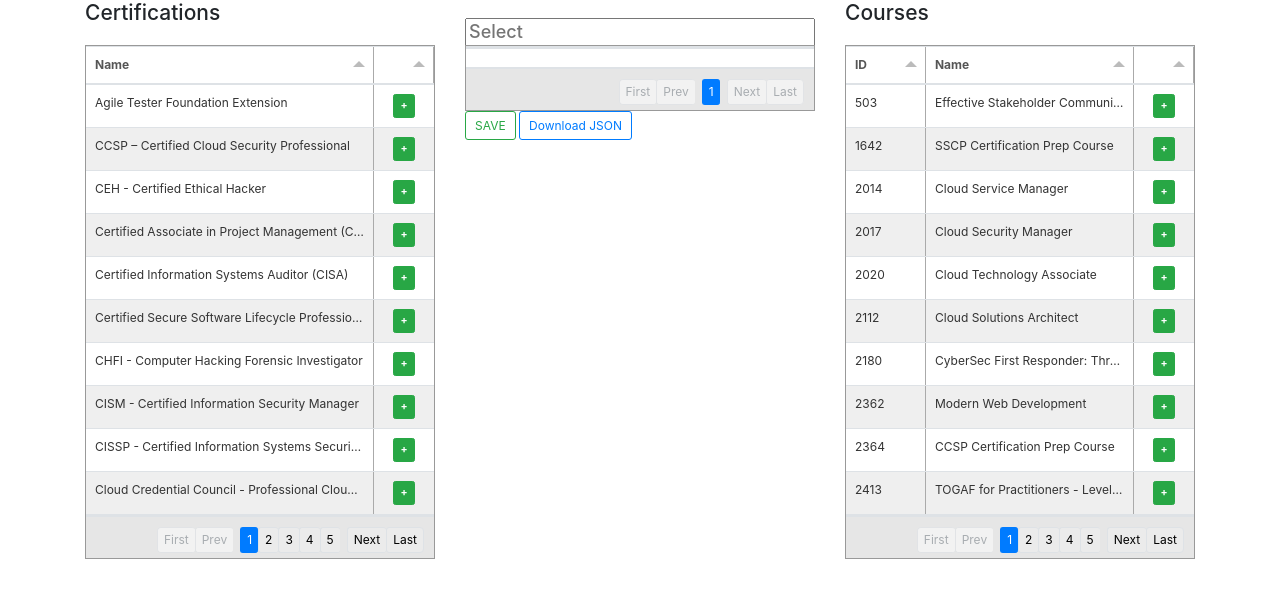
Repository: t1s1/pathfinder2
Page: index.html
The author's editor kept a record of every edit. The page is drawn from the files as they stood at one moment, then again after the next edit.
The browser window is 1280 px wide. The pictures show the whole page.

Above is the page before.

### index.html
<!doctype html>
<html class="no-js" lang="">

<head>
  <meta charset="utf-8">
  <title>Association Manager</title>

  <link rel="stylesheet" type="text/css" href="https://cdnjs.cloudflare.com/ajax/libs/twitter-bootstrap/4.1.1/css/bootstrap.min.css"/>
  <link rel="stylesheet" href="tabulator/css/tabulator.min.css">
  <link rel="stylesheet" href="tabulator/css/bootstrap/tabulator_bootstrap4.min.css">
  <style type="text/css">
    html, body {
      font-size: 12px;
      height: 100vh;
    }
    #col-header {
      height: 45px;
    }
    .table-col {
      width: 33.3333%;
      max-width: 33.3333%;
    }
    .tabulator .tabulator-footer .tabulator-page {
      padding: 3px 6px;
    }
    .tabulator .tabulator-tableHolder {
      overflow: hidden;
    }
  </style>

  <script src="https://ajax.googleapis.com/ajax/libs/jquery/3.4.1/jquery.min.js"></script>
  <script type="text/javascript" src="https://cdnjs.cloudflare.com/ajax/libs/twitter-bootstrap/4.1.1/js/bootstrap.min.js"></script>
  <script type="text/javascript" src="tabulator/js/tabulator.min.js"></script>

  <script type="text/javascript" src="pathfinder.js"></script>
</head>

<body>
<div class="container">
  <div id="col-header" class="row">
    <div class="h3 col-xl-4">Certifications</div>
      <div class="col-xl-4">
        <small id="root-type" class="text-muted mt-5">&nbsp;</small>
        <input id="root-choice" type="text" class="h4 text-primary w-100" placeholder="Select">
      </div>
    <div class="h3 col-xl-4">Courses</div>
  </div>
  <div id="cols" class="row">
    <div id="certs" class="table-col col-xl-4">
      <div id="cert-table"></div>
    </div>
    <div id="assoc" class="table-col col-xl-4">
      <div id="assoc-table"></div>
      <div class="table-controls">
        <button id="save-data" class="btn btn-outline-success">SAVE</button>
        <button id="download-json" class="btn btn-outline-primary">Download JSON</button>
      </div>
    </div>
    <div id="courses" class="table-col col-xl-4">
      <div id="course-table"></div>
    </div>
  </div>
</div>
</body>

</html>

### pathfinder.js
/*
global $
global Tabulator
*/

$(document).ready(function() {
  $.get( "data/AA_courses.csv", function( data ) { initCourseData( data, "course-table" ) });
  $.get( "data/AA_certs.csv", function( data ) { initCertData( data, "cert-table" ) });
  $.get( "data/AA_assoc.csv", function( data ) { initAssocData( data, "assoc-table" ) });
  /*
  $.getJSON("http://34.229.45.11/json.php", function( json ) {
      initAssocData( json,"assoc-table" );
  });

  //assocTable.setData("http://34.229.45.11/json.php");
  */

  $("#download-json").click( function() {
    downloadJSON( assocData_obj.arr );
  });
  $("#save-data").click( function() {
    writeAssocData();
  });
});

const tableHeight = 500;

// these need to persist and be accessible
var courseData_obj = {};
var certData_obj = {};

var assocTable;
var assocData_obj = {};
var assocRoot_obj = { type:"", ID:"", name:"" };
var assocTableName;

function processData( data ) {
  var dataRows = data.split(/\r\n|\n/);
  var headers = dataRows[0].split(',');
  var data_arr = [];

  function removeQuoteMarks(string) {
    return string.replace(/"/g,'');
  };

  for (var i=1; i<dataRows.length; i++) {
    var data = dataRows[i].split(',');
    if (data.length == headers.length) {
      var row = {};
      for (var j=0; j<headers.length; j++) {
        row[headers[j]] = removeQuoteMarks(data[j]);
      }
      data_arr.push(row);
    }
  };

  return { "arr": data_arr, "headers": headers };
}

function setupCourseTable( data_obj, tableName ) {

  var headers = data_obj.headers;
  var data_arr = data_obj.arr;

  function addButtonCustomFormatter( cell, formatterParams ){
    return "<button class='btn btn-sm btn-success course-add-button font-weight-bold' >&plus;</button>";
  };

  function onAddClick( e, cell ){
    var row = cell.getRow();
    assocTable.addRow(row.getData());
  }

  function onSelectClick( e, cell ){
    var row = cell.getRow();
    // set header of association table
    $("#root-choice").val(row.getData()["NAME"]);
    // set type
    $("#root-type").text("COURSE");
    // note that we send the *cert* data obj - we filter by course
    resetAssocTable("course", certData_obj, row.getData()["COURSE_ID"]);
    // disable the course ADD buttons and enable cert ADD buttons
    $(".course-add-button").prop('disabled', true);
    $(".cert-add-button").prop('disabled', false);
  }

  var columns = [
    {title: "ID", field: headers[0], width:80, cellClick: onSelectClick},
    { title:"Name", field:headers[1], cellClick: onSelectClick },
    { formatter: addButtonCustomFormatter, width:60, align:"center", cellClick: onAddClick }
    ]

  var table = new Tabulator("#"+tableName, {
    data: data_arr,
    layout: "fitColumns",
    pagination: "local",
    paginationSize: 10,
    columns: columns
  });
}

function setupCertTable( data_obj, tableName ) {

  var headers = data_obj.headers;
  var data_arr = data_obj.arr;

  function addButtonCustomFormatter( cell, formatterParams ){
    return "<button class='btn btn-sm btn-success cert-add-button font-weight-bold' >&plus;</button>";
  };

  function onAddClick( e, cell ){
    var row = cell.getRow();
    assocTable.addRow(row.getData());
  }

  function onSelectClick( e, cell ){
    var row = cell.getRow();
    // set header of association table
    $("#root-choice").val(row.getData()["NAME"]);
    // set type
    $("#root-type").text("CERTIFICATION");
    // note that we send the *course* data obj - we filter by cert
    resetAssocTable("cert", courseData_obj, row.getData()["CERT_ID"]);
    // disable the cert ADD buttons and enable course ADD buttons
    $(".cert-add-button").prop('disabled', true);
    $(".course-add-button").prop('disabled', false);
  }

  var columns = [
    { title:"Name", field:headers[1], cellClick: onSelectClick },
    { formatter: addButtonCustomFormatter, width:60, align:"center", cellClick: onAddClick }
    ]

  var table = new Tabulator("#"+tableName, {
    data: data_arr,
    layout: "fitColumns",
    pagination:"local",
    paginationSize: 10,
    columns: columns
  });
}

function setupAssocTable( tableName ){

    // show filtered version of table
  assocTable = new Tabulator("#"+assocTableName, {
    layout:"fitColumns",
    pagination: "local",
    paginationSize: 10,
  });
}

function initCourseData( data, tableName ) {
  courseData_obj = processData( data );
  setupCourseTable( courseData_obj, tableName );
}


function initCertData( data, tableName ) {
  certData_obj = processData( data );
  setupCertTable( certData_obj, tableName );
}


function initAssocData( data, tableName ) {
  assocData_obj = processData( data );
  assocTableName = tableName;
  setupAssocTable( assocTableName );
}

function writeAssocData() {
  var newAssoc_arr = [];
  var filteredData_arr  = assocTable.getData(true); // true for filtered only

  function newAdditions( old_arr, new_arr ) {
    var newElements_arr = [];
    // find matches - if matched then we don't need to add it
    // iterate through filtered assoc array
    $.each( new_arr, function( i, obj ){
      var found = false;
      // find match in unfiltered assoc array (all existing associations)
      $.grep( old_arr, function( element, j ) {
        if (element["COURSE_ID"] === obj["COURSE_ID"] && element["CERT_ID"] === obj["CERT_ID"] ) {
          found = true;
          return true;
        }
        return false;
      });
      if( !found ){ newElements_arr.push(obj)}
    });

    return $.merge( old_arr, newElements_arr );
  }

  function newDeletions( old_arr, new_arr, key, value ){
    var updated_arr = Array.from(old_arr);
    var key2 = (key === "COURSE_ID") ? "CERT_ID" : "COURSE_ID";

    // iterate through original array
    $.each( old_arr, function( i, obj ){
      // only check the correct ID
      if( obj[key] === value ){
        var found = false;
        // search in new filtered array (maybe deletions)
        $.grep( new_arr, function( element, j ) {
          if (element[key] === obj[key] && element[key2] === obj[key2] ) {
            found = true;
            return true;
          }
          return false;
        });
        // remove
        if( !found ){
          updated_arr.splice( i, 1 )
        }
      }
    });

    return updated_arr;
  }

  if( assocRoot_obj.type === "course" ){
    // create new array of objects
    $.each(filteredData_arr, function(i, obj){
      newAssoc_arr.push({COURSE_ID: assocRoot_obj.ID, CERT_ID: obj.CERT_ID})
    });
    // first delete
    assocData_obj.arr = newDeletions( assocData_obj.arr, newAssoc_arr, "COURSE_ID", assocRoot_obj.ID );
    // then add new
    assocData_obj.arr = newAdditions( assocData_obj.arr, newAssoc_arr );
  }
  else {
    // create new array of objects
    $.each(filteredData_arr, function(i, obj){
      newAssoc_arr.push({CERT_ID: assocRoot_obj.ID, COURSE_ID: obj.COURSE_ID})
    });
    // first delete
    assocData_obj.arr = newDeletions( assocData_obj.arr, newAssoc_arr, "CERT_ID", assocRoot_obj.ID );
    // then add new
    assocData_obj.arr = newAdditions( assocData_obj.arr, newAssoc_arr );
  }
  downloadJSON( assocData_obj.arr );
}

function resetAssocTable( selected, data_obj, ID ) {

  var columns = [];

  // array within the filter array gives OR, which is good
  var filter = [[{
    field:"COURSE_ID",
    type:"=",
    value: "0"
    }]]; // starter filter object should give no results

  // set up root obj
  assocRoot_obj.type = selected;
  assocRoot_obj.ID = ID;

  // set up table to show certifications for COURSE
  if (assocRoot_obj.type === "course") {
    assocRoot_obj.name = certData_obj.headers[1];
    columns = [
      { title: "Name", field: assocRoot_obj.name },
      { formatter:"buttonCross", width:40, align:"center", cellClick:function(e, cell) { cell.getRow().delete(); }}
    ];
    // build correct filter
    $.grep(assocData_obj.arr, function( element, i ) {
      if (element["COURSE_ID"] === assocRoot_obj.ID) {
        filter[0].push({
          field:"CERT_ID",
          type:"=",
          value: element["CERT_ID"]
          });
        return true;
      }
      return false;
    });
  }
  // set up table to show courses for CERTIFICATION
  else {
    assocRoot_obj.name = courseData_obj.headers[1];
    columns = [
      { title: "ID", field: courseData_obj.headers[0], width:80 },
      { title: "Name", field: assocRoot_obj.name },
      { formatter:"buttonCross", width:40, align:"center", cellClick:function(e, cell) { cell.getRow().delete(); }}
    ];
    // build correct filter
    $.grep(assocData_obj.arr, function( element, i ) {
      if (element["CERT_ID"] === assocRoot_obj.ID) {
        filter[0].push({
          field:"COURSE_ID",
          type:"=",
          value: element["COURSE_ID"]
          });
        return true;
      }
      return false;
    });
  }

  // show filtered version of table
  assocTable = new Tabulator("#"+assocTableName, {
    layout:"fitColumns",
    pagination:"local",
    paginationSize: 10,
    data: data_obj.arr,
    //movableRows: true,
    initialFilter: filter,
    columns: columns
  });
}

function downloadJSON( content_arr ) {
  var jsonData = JSON.stringify(content_arr);
  var tempDownloadElement = document.createElement("a");
  var file_blob = new Blob( [jsonData], {type: "json"});

  tempDownloadElement.href = URL.createObjectURL(file_blob);
  tempDownloadElement.download = "assoc_data.json";
  tempDownloadElement.click();
}

Loaded but not shown: tabulator/css/tabulator.min.css (library); tabulator/css/bootstrap/tabulator_bootstrap4.min.css (library); tabulator/js/tabulator.min.js (library)

After the next edit:
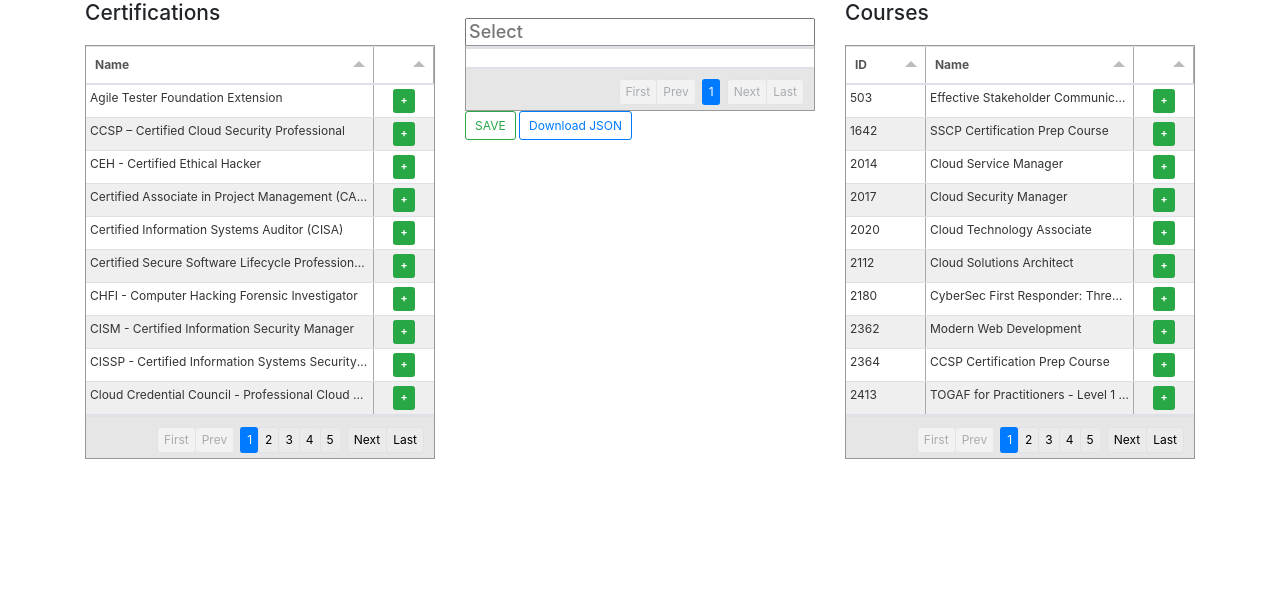
The edit:
--- a/index.html
+++ b/index.html
@@ -25,6 +25,9 @@
     }
     .tabulator .tabulator-tableHolder {
       overflow: hidden;
+    }
+    .tabulator-row .tabulator-cell{
+      padding:4px 4px;
     }
   </style>
 
